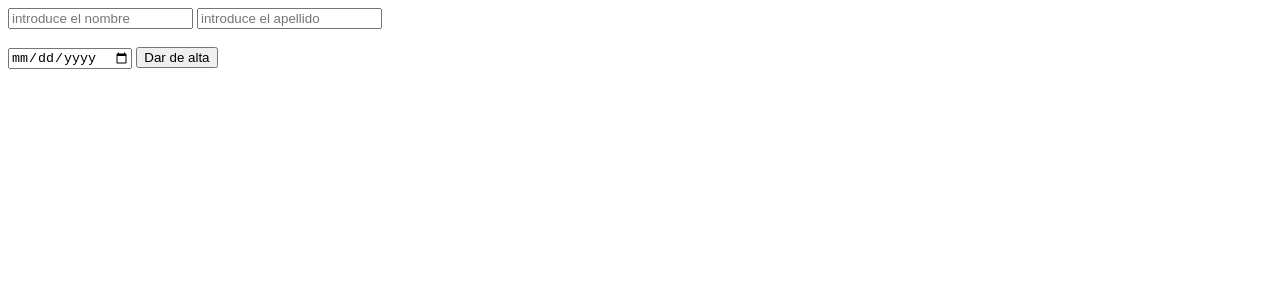
Repository: sergipc88/dev
Page: z.struts.hospital/WebContent/alta.html
An editor plug-in stored every save of this project. The page is shown before and after the next save, followed by the edit.
The browser window is 1280 px wide. The pictures show the whole page.

Above is the page before, as saved 2018-05-09 13:58:30.

### z.struts.hospital/WebContent/alta.html
<!DOCTYPE html>
<html>
<head>
	<meta charset="ISO-8859-1">
	<title>Insert title here</title>
</head>
<body>
	<div class="container">
		<div class="celda">
			<form action="alta">
				<input type="text" name="nombre" placeholder="introduce el nombre">
				<input type="text" name="apellido" placeholder="introduce el apellido"><br><br>
				<input type="date" name="fecha">
				<input type="hidden" name="action" value="alta" />
				<input type="submit" value="Dar de alta">
			</form>
		</div>

	</div>

</body>
</html>

After the next save:
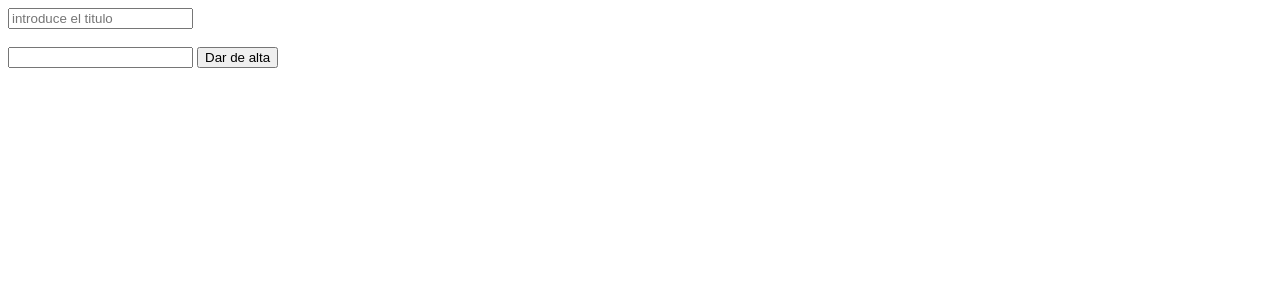
Saved 91 s later.
--- a/z.struts.hospital/WebContent/alta.html
+++ b/z.struts.hospital/WebContent/alta.html
@@ -8,9 +8,9 @@
 	<div class="container">
 		<div class="celda">
 			<form action="alta">
-				<input type="text" name="nombre" placeholder="introduce el nombre">
-				<input type="text" name="apellido" placeholder="introduce el apellido"><br><br>
-				<input type="date" name="fecha">
+
+				<input type="text" name="titulo" placeholder="introduce el titulo"><br><br>
+				<input type="text" name="precio">
 				<input type="hidden" name="action" value="alta" />
 				<input type="submit" value="Dar de alta">
 			</form>
